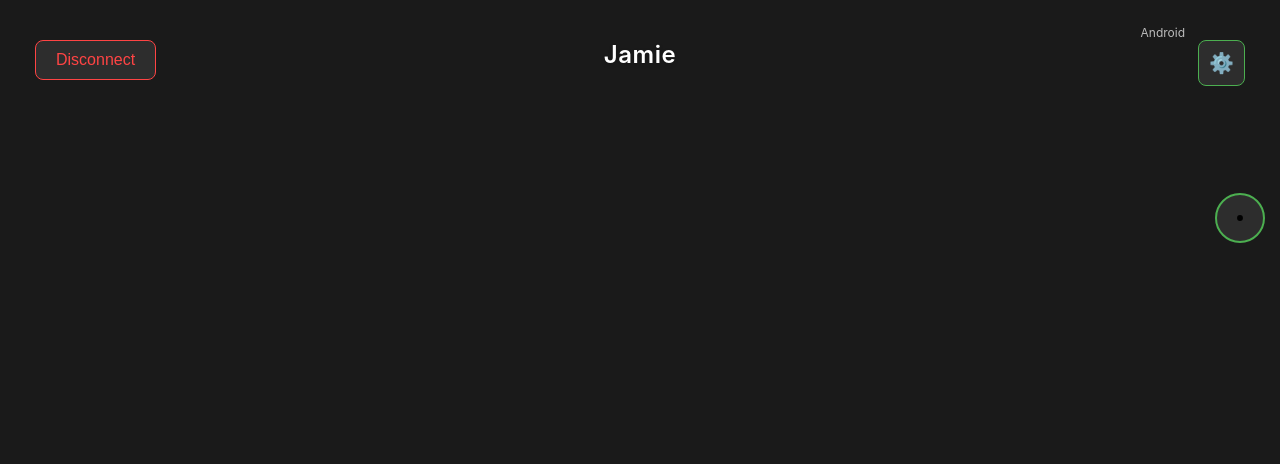
Repository: jayreddin/Jamie-Gemini-Live-App
Page: mobile/android.html
These files come from the project's save history. The page is drawn as it stood at one moment and after the next save; the edit follows.
The browser window is 1280 px wide. The pictures show the whole page.

Above is the page before, as saved 2025-03-29 00:22:06.

### mobile/android.html
<!DOCTYPE html>
<html lang="en">
<head>
    <meta charset="UTF-8">
    <meta name="viewport" content="width=device-width, initial-scale=1.0, maximum-scale=1.0, user-scalable=no">
    <meta name="mobile-web-app-capable" content="yes">
    <meta name="theme-color" content="#1a1a1a">
    <title>Jamie - Android</title>
    <link rel="stylesheet" href="../css/styles.css">
    <link rel="stylesheet" href="css/mobile.css">
</head>
<body class="mobile-container">
    <div class="app-container">
        <h1 class="app-header">Jamie</h1>
        <span class="device-tag">Android</span>
        <button id="disconnectBtn" class="disconnect-btn">Disconnect</button>
        <button id="connectBtn" class="connect-btn" style="display: none;">Connect</button>
        <button id="settingsBtn" class="settings-btn">⚙️</button>

        <div class="mobile-controls" id="controlButtons">
            <button id="cameraBtnControl" class="mobile-control-btn camera-btn touch-feedback" title="Camera">
                <svg viewBox="0 0 24 24">
                    <path d="M12 15.2a3.2 3.2 0 1 0 0-6.4 3.2 3.2 0 0 0 0 6.4z"/>

### css/styles.css
:root {
    --bg-color: #1a1a1a;
    --button-bg: #2d2d2d;
    --button-hover: #3d3d3d;
    --text-color: #ffffff;
    --accent-color: #4CAF50;
    --danger-color: #ff4444;
}

* {
    margin: 0;
    padding: 0;
    box-sizing: border-box;
}

body {
    background-color: var(--bg-color);
    color: var(--text-color);
    font-family: -apple-system, BlinkMacSystemFont, 'Segoe UI', Roboto, Oxygen, Ubuntu, Cantarell, sans-serif;
    min-height: 100vh;
    display: flex;
    flex-direction: column;
}

.app-container {
    position: relative;
    width: 100%;
    height: 100vh;
    display: flex;
    justify-content: center;
    align-items: center;
}

/* App Header */
.app-header {
    position: absolute;
    top: 20px;
    left: 50%;
    transform: translateX(-50%);
    font-size: 1.5em;
    color: var(--text-color);
    font-weight: 600;
    letter-spacing: 0.5px;
    text-shadow: 0 2px 4px rgba(0, 0, 0, 0.2);
    z-index: 2;
}

.disconnect-btn {
    position: absolute;
    top: 20px;
    left: 20px;
    padding: 10px 20px;
    background-color: var(--button-bg);
    color: var(--danger-color);
    border: 1px solid var(--danger-color);
    border-radius: 8px;
    cursor: pointer;
    font-size: 16px;
    transition: all 0.3s ease;
}

.disconnect-btn:hover {
    background-color: var(--danger-color);
    color: var(--text-color);
}

.connect-btn {
    position: absolute;
    top: 20px;
    left: 20px;
    padding: 10px 20px;
    background-color: var(--button-bg);
    color: var(--accent-color);
    border: 1px solid var(--accent-color);
    border-radius: 8px;
    cursor: pointer;
    font-size: 16px;
    transition: all 0.3s ease;
}

.connect-btn:hover {
    background-color: var(--accent-color);
    color: var(--text-color);
}

/* Icon Buttons */
.icon-btn {
    width: 45px;
    height: 45px;
    border-radius: 50%;
    background-color: var(--button-bg);
    border: 2px solid var(--accent-color);
    color: var(--accent-color);
    cursor: pointer;
    display: flex;
    justify-content: center;
    align-items: center;
    transition: all 0.3s ease;
    z-index: 2;
    padding: 10px;
    position: absolute;
    right: 25px;
}

.icon-btn svg {
    width: 24px;
    height: 24px;
    fill: currentColor;
    transition: transform 0.3s ease;
}

.icon-btn:hover {
    background-color: var(--button-hover);
    transform: scale(1.05);
}

.icon-btn:hover svg {
    transform: scale(1.1);
}

.icon-btn.active {
    background-color: var(--accent-color);
    color: var(--text-color);
}

.mic-btn {
    bottom: 22px;
}

.camera-btn {
    bottom: 142px;
}

.screen-btn {
    bottom: 82px;
}

.camera-btn {
    bottom: 142px;
}

.screen-btn {
    bottom: 82px;
}

.camera-btn:hover,
.screen-btn:hover {
    background-color: var(--button-hover);
    transform: scale(1.05);
}

.camera-btn.active,
.screen-btn.active {
    background-color: var(--accent-color);
}

/* Media query for small devices */
@media screen and (max-width: 350px) {
    .mic-btn {
        bottom: 80px;
    }

    .camera-btn {
        bottom: 200px;
    }

    .screen-btn {
        bottom: 140px;
    }
}

.mic-btn:hover {
    background-color: var(--button-hover);
    transform: scale(1.05);
}

.mic-btn.active {
    background-color: var(--accent-color);
}

.mic-icon {
    font-size: 16px;
}

.text-input-container {
    position: absolute;
    bottom: 20px;
    left: 20px;
    right: 100px; /* Leave space for mic button */
    display: flex;
    gap: 10px;
    z-index: 2;
}

.text-input {
    flex: 1;
    padding: 12px;
    border-radius: 8px;
    border: 1px solid var(--accent-color);
    background-color: var(--button-bg);
    color: var(--text-color);
    font-size: 16px;
    outline: none;
}

.text-input:focus {
    border-color: var(--accent-color);
    box-shadow: 0 0 0 2px rgba(76, 175, 80, 0.2);
}

.send-btn {
    width: 40px;
    height: 40px;
    border-radius: 8px;
    background-color: var(--button-bg);
    border: 1px solid var(--accent-color);
    color: var(--accent-color);
    cursor: pointer;
    display: flex;
    justify-content: center;
    align-items: center;
    transition: all 0.3s ease;
}

.send-btn:hover {
    background-color: var(--accent-color);
    color: var(--text-color);
}

.visualizer {
    position: absolute;
    bottom: 0;
    left: 0;
    width: 100%;
    height: 200px;
    z-index: 1;
}

.camera-preview,
.screen-preview {
    position: relative;
    width: 100%;
    max-width: 300px;
    margin: 10px auto;
    background-color: var(--button-bg);
    border: 1px solid var(--accent-color);
    border-radius: 8px;
    overflow: hidden;
    z-index: 2;
    display: none; /* Hidden by default */
    box-shadow: 0 2px 4px rgba(0, 0, 0, 0.2);
}

.camera-preview {
    aspect-ratio: 4/3;
}

.screen-preview {
    aspect-ratio: 16/9;
}

.camera-preview video,
.screen-preview video {
    width: 100%;
    height: 100%;
    border-radius: 8px;
}

.camera-preview video {
    object-fit: cover;
}

.screen-preview video {
    object-fit: contain;
}

/* Preview when in chat message */
.chat-message .camera-preview,
.chat-message .screen-preview {
    width: 100%;
    margin: 5px 0;
    max-width: none;
}

/* Preview when floating */
.app-container > .camera-preview,
.app-container > .screen-preview {
    position: absolute;
    bottom: 100px;
    left: 20px;
    width: 240px;
}

.app-container > .screen-preview {
    bottom: 300px;
}

/* Media query for devices with width less than 340px */
@media (max-width: 340px) {
    .camera-preview {
        width: 180px;
        right: 25px;
    }
    .screen-preview {
        width: 180px;
        height: 101px; /* Maintain 16:9 aspect ratio */
    }
}

.camera-switch-btn {
    position: absolute;
    top: 10px;
    right: 10px;
    background: rgba(0, 0, 0, 0.5);
    border: none;
    border-radius: 50%;
    width: 40px;
    height: 40px;
    cursor: pointer;
    display: flex;
    align-items: center;
    justify-content: center;
    color: white;
    font-size: 20px;
    z-index: 1000;
    transition: background-color 0.2s;
}

.camera-switch-btn:hover {
    background: rgba(0, 0, 0, 0.7);
}

/* Hide on desktop */
@media (hover: hover) and (pointer: fine) {
    .camera-switch-btn {
        display: none;
    }
}

.settings-btn {
    position: absolute;
    top: 20px;
    right: 20px;
    padding: 10px;
    background-color: var(--button-bg);
    color: var(--text-color);
    border: 1px solid var(--accent-color);
    border-radius: 8px;
    cursor: pointer;
    font-size: 20px;
    transition: all 0.3s ease;
    z-index: 1000;
}

.settings-btn:hover {
    background-color: var(--button-hover);
}

.settings-dialog {
    display: none;
    position: fixed;
    top: 50%;
    left: 50%;
    transform: translate(-50%, -50%);
    background-color: var(--bg-color);
    border: 1px solid var(--accent-color);
    border-radius: 12px;
    padding: 20px;
    width: 90%;
    max-width: 500px;
    max-height: 80vh;
    overflow-y: auto;
    z-index: 1001;
}

.settings-dialog.active {
    display: block;
}

.settings-overlay {
    display: none;
    position: fixed;
    top: 0;
    left: 0;
    right: 0;
    bottom: 0;
    background-color: rgba(0, 0, 0, 0.5);
    z-index: 1000;
}

.settings-overlay.active {
    display: block;
}

.settings-group {
    margin-bottom: 20px;
}

.settings-group label {
    display: block;
    margin-bottom: 8px;
    color: var(--text-color);
}

.settings-group select,
.settings-group input {
    width: 100%;
    padding: 8px;
    background-color: var(--button-bg);
    border: 1px solid var(--accent-color);
    border-radius: 4px;
    color: var(--text-color);
}

.voice-settings {
    transition: opacity 0.3s ease;
}

.voice-settings[style*="display: none"] {
    opacity: 0;
}

/* Mobile Optimizations */
@media screen and (max-width: 768px) {
    .chat-history {
        top: 80px;
    }

    .camera-preview {
        position: static;
        width: calc(100% - 40px);
        max-width: 300px;
        margin: 10px auto;
        height: auto;
        aspect-ratio: 4/3;
    }

    .camera-preview video {
        width: 100%;
        height: 100%;
        object-fit: cover;
    }
}

.collapsible {
    background-color: var(--button-bg);
    padding: 10px;
    border-radius: 4px;
    margin-bottom: 10px;
    cursor: pointer;
}

.collapsible-content {
    display: none;
    padding: 10px;
}

.collapsible-content.active {
    display: block;
}

.settings-save-btn {
    width: 100%;
    padding: 12px;
    background-color: var(--accent-color);
    color: var(--text-color);
    border: none;
    border-radius: 8px;
    cursor: pointer;
    font-size: 16px;
    margin-top: 20px;
}

.settings-save-btn:hover {
    opacity: 0.9;
}

.chat-history {
    position: absolute;
    top: 60px;
    left: 20px;
    right: 20px;
    bottom: 120px;
    background: rgba(0, 0, 0, 0.7);
    border-radius: 10px;
    padding: 15px;
    overflow-y: auto;
    display: flex;
    flex-direction: column;
    gap: 10px;
    z-index: 1;
    -webkit-overflow-scrolling: touch; /* Smooth scrolling on iOS */
}

/* Enhanced Mobile Responsiveness */
@media screen and (max-width: 768px) {
    .app-header {
        font-size: 1.2em;
        top: 15px;
    }

    .chat-history {
        top: 70px;
        bottom: 180px; /* Make room for controls */
        padding: 10px;
        margin-bottom: 10px;
    }

    .text-input-container {
        left: 15px;
        right: 70px;
        bottom: 20px;
        height: 45px;
    }

    .text-input {
        height: 100%;
        font-size: 16px; /* Prevent zoom on iOS */
        padding: 10px 15px;
    }

    .chat-message {
        max-width: 85%;
        padding: 12px 15px;
    }

    /* Control buttons positioning */
    .control-buttons {
        position: fixed;
        bottom: 80px;
        right: 15px;
        display: flex;
        flex-direction: column;
        gap: 12px;
        z-index: 100;
    }

    .mic-btn, .camera-btn, .screen-btn {
        position: static; /* Remove absolute positioning */
        width: 50px;
        height: 50px;
        margin: 0;
        padding: 12px;
    }

    .mic-btn svg, .camera-btn svg, .screen-btn svg {
        width: 24px;
        height: 24px;
    }

    /* Header controls */
    .settings-btn {
        padding: 8px 12px;
        top: 10px;
        right: 15px;
        z-index: 101;
    }

    .disconnect-btn, .connect-btn {
        padding: 8px 15px;
        top: 10px;
        left: 15px;
        font-size: 14px;
        z-index: 101;
    }

    /* Preview containers */
    .camera-preview, .screen-preview {
        position: static;
        width: calc(100% - 30px);
        max-width: 300px;
        margin: 10px auto;
        border-radius: 12px;
    }

    /* Ensure buttons are clickable */
    .icon-btn {
        touch-action: manipulation;
        -webkit-tap-highlight-color: transparent;
    }

    /* Improve touch targets */
    .icon-btn:before {
        content: '';
        position: absolute;
        top: -10px;
        right: -10px;
        bottom: -10px;
        left: -10px;
    }
}

/* Small screen adjustments */
@media screen and (max-width: 350px) {
    .chat-history {
        bottom: 160px;
        padding: 8px;
    }

    .chat-message {
        max-width: 95%;
        font-size: 14px;
        padding: 10px 12px;
    }

    .text-input-container {
        right: 60px;
        bottom: 15px;
        height: 40px;
    }

    .send-btn {
        width: 35px;
        height: 35px;
    }

    .control-buttons {
        bottom: 70px;
        right: 10px;
        gap: 8px;
    }

    .mic-btn, .camera-btn, .screen-btn {
        width: 45px;
        height: 45px;
        padding: 10px;
    }

    .mic-btn svg, .camera-btn svg, .screen-btn svg {
        width: 20px;
        height: 20px;
    }

    .camera-preview, .screen-preview {
        width: calc(100% - 20px);
        margin: 8px auto;
    }

    /* Adjust header elements */
    .settings-btn, .disconnect-btn, .connect-btn {
        padding: 6px 12px;
        font-size: 13px;
    }

    /* Improve touch targets */
    .icon-btn:before {
        top: -8px;
        right: -8px;
        bottom: -8px;
        left: -8px;
    }
}

/* Ensure proper scroll behavior on iOS */
@supports (-webkit-touch-callout: none) {
    .chat-history {
        padding-bottom: 30px; /* Extra padding for iOS bounce scroll */
    }
}

.chat-message {
    padding: 10px 15px;
    border-radius: 15px;
    max-width: 85%;
    word-wrap: break-word;
    line-height: 1.4;
    display: flex;
    flex-direction: column;
    gap: 10px;
}

.user-message {
    background: #2c5282;
    color: white;
    align-self: flex-end;
    margin-left: 15%;
}

.model-message {
    background: #2d3748;
    color: white;
    align-self: flex-start;
    margin-right: 15%;
}

.chat-message .camera-preview {
    position: relative;
    width: 100%;
    max-width: none;
    margin: 5px 0;
    height: auto;
    aspect-ratio: 4/3;
    display: block;
    left: auto;
    bottom: auto;
}

.chat-message .camera-preview video {
    border-radius: 8px;
    width: 100%;
    height: 100%;
    object-fit: cover;
}

.model-message.streaming::after {
    content: '▋';
    display: inline-block;
    animation: blink 1s step-end infinite;
    margin-left: 2px;
}

@keyframes blink {
    0%, 100% { opacity: 1; }
    50% { opacity: 0; }
}

/* Mobile Screen Sharing Styles */
.ios-share-btn {
    width: 100%;
    height: 100%;
    display: flex;
    align-items: center;
    justify-content: center;
    background-color: var(--button-bg);
    color: var(--accent-color);
    border: none;
    font-size: 16px;
    cursor: pointer;
    transition: background-color 0.3s ease;
    padding: 15px;
}

.ios-share-btn:hover {
    background-color: var(--button-hover);
}

.screenshot-message,
.screenshot-instructions {
    width: 100%;
    height: 100%;
    display: flex;
    flex-direction: column;
    align-items: center;
    justify-content: center;
    padding: 15px;
    text-align: center;
    color: var(--text-color);
    font-size: 14px;
    line-height: 1.4;
}

.screenshot-instructions ol {
    text-align: left;
    margin: 10px 0 0 0;
    padding-left: 20px;
}

.screenshot-instructions li {
    margin: 5px 0;
}

/* Mobile optimizations for screen sharing */
@media screen and (max-width: 768px) {
    .screen-preview {
        position: static;
        width: calc(100% - 40px);
        max-width: 300px;
        margin: 10px auto;
        height: auto;
        aspect-ratio: 16/9;
    }

    .ios-share-btn {
        padding: 20px;
        font-size: 18px;
    }

    .screenshot-message,
    .screenshot-instructions {
        font-size: 16px;
        padding: 20px;
    }

    .screenshot-instructions ol {
        font-size: 15px;
    }
}

### mobile/css/mobile.css
:root {
    --safe-area-inset-top: env(safe-area-inset-top);
    --safe-area-inset-bottom: env(safe-area-inset-bottom);
    --safe-area-inset-left: env(safe-area-inset-left);
    --safe-area-inset-right: env(safe-area-inset-right);
}

/* Base Mobile Styles */
.mobile-container {
    padding: calc(20px + var(--safe-area-inset-top)) calc(15px + var(--safe-area-inset-right))
             calc(20px + var(--safe-area-inset-bottom)) calc(15px + var(--safe-area-inset-left));
    height: 100vh;
    height: -webkit-fill-available;
    overflow: hidden;
    position: fixed;
    width: 100%;
    top: 0;
    left: 0;
}

/* Device Tag Styles */
.device-tag {
    position: absolute;
    top: calc(5px + var(--safe-area-inset-top));
    right: calc(80px + var(--safe-area-inset-right));
    font-size: 12px;
    color: var(--text-color);
    opacity: 0.7;
    z-index: 1000;
}

/* Mobile-optimized Camera Preview */
.mobile-camera-preview {
    position: absolute;
    width: 100%;
    height: auto;
    aspect-ratio: 16/9;
    background: var(--button-bg);
    border-radius: 12px;
    overflow: hidden;
    z-index: 2;
}

.mobile-camera-preview video {
    width: 100%;
    height: 100%;
    object-fit: cover;
}

/* Mobile-optimized Screen Preview */
.mobile-screen-preview {
    position: absolute;
    width: 100%;
    height: auto;
    aspect-ratio: 16/9;
    background: var(--button-bg);
    border-radius: 12px;
    overflow: hidden;
    z-index: 2;
}

/* Chat Interface */
.mobile-chat-container {
    position: absolute;
    top: calc(60px + var(--safe-area-inset-top));
    left: 15px;
    right: 15px;
    bottom: calc(70px + var(--safe-area-inset-bottom));
    display: flex;
    flex-direction: column;
}

.mobile-chat-history {
    flex: 1;
    overflow-y: auto;
    -webkit-overflow-scrolling: touch;
    padding: 10px;
    background: rgba(0, 0, 0, 0.7);
    border-radius: 12px;
    margin-bottom: 10px;
}

.mobile-input-container {
    position: fixed;
    bottom: calc(10px + var(--safe-area-inset-bottom));
    left: 15px;
    right: 15px;
    display: flex;
    gap: 8px;
    z-index: 1000;
    background: var(--bg-color);
    padding: 10px;
    border-radius: 12px;
}

.mobile-text-input {
    flex: 1;
    padding: 12px;
    border-radius: 8px;
    border: 1px solid var(--accent-color);
    background: var(--button-bg);
    color: var(--text-color);
    font-size: 16px;
}

/* Mobile Control Buttons */
.mobile-controls {
    position: fixed;
    bottom: calc(80px + var(--safe-area-inset-bottom));
    right: 15px;
    display: flex;
    flex-direction: column;
    gap: 12px;
    z-index: 1000;
}

.mobile-control-btn {
    width: 50px;
    height: 50px;
    border-radius: 25px;
    background: var(--button-bg);
    border: 2px solid var(--accent-color);
    color: var(--accent-color);
    display: flex;
    align-items: center;
    justify-content: center;
    padding: 12px;
    touch-action: manipulation;
}

.mobile-control-btn.active {
    background: var(--accent-color);
    color: var(--text-color);
}

/* Settings Dialog Mobile Optimization */
.mobile-settings-dialog {
    position: fixed;
    top: var(--safe-area-inset-top);
    left: 0;
    right: 0;
    bottom: 0;
    background: var(--bg-color);
    z-index: 2000;
    padding: 20px;
    overflow-y: auto;
    -webkit-overflow-scrolling: touch;
}

.mobile-settings-header {
    position: sticky;
    top: 0;
    background: var(--bg-color);
    padding: 10px 0;
    border-bottom: 1px solid var(--accent-color);
    margin-bottom: 20px;
    z-index: 1;
}

/* Touch Feedback */
.touch-feedback {
    position: relative;
    overflow: hidden;
}

.touch-feedback::after {
    content: '';
    position: absolute;
    top: 50%;
    left: 50%;
    width: 100%;
    height: 100%;
    background: rgba(255, 255, 255, 0.1);
    border-radius: 50%;
    transform: translate(-50%, -50%) scale(0);
    opacity: 0;
    pointer-events: none;
    transition: transform 0.3s, opacity 0.3s;
}

.touch-feedback:active::after {
    transform: translate(-50%, -50%) scale(1.5);
    opacity: 1;
}

/* Orientation Change Handling */
@media screen and (orientation: landscape) {
    .mobile-camera-preview,
    .mobile-screen-preview {
        width: 40%;
        right: 15px;
    }

    .mobile-chat-container {
        width: 55%;
    }

    .mobile-controls {
        bottom: 50%;
        transform: translateY(50%);
    }
}

/* Notched Device Support */
@supports (padding: max(0px)) {
    .mobile-container {
        padding-left: max(15px, env(safe-area-inset-left));
        padding-right: max(15px, env(safe-area-inset-right));
        padding-top: max(20px, env(safe-area-inset-top));
        padding-bottom: max(20px, env(safe-area-inset-bottom));
    }
}

After the next save:
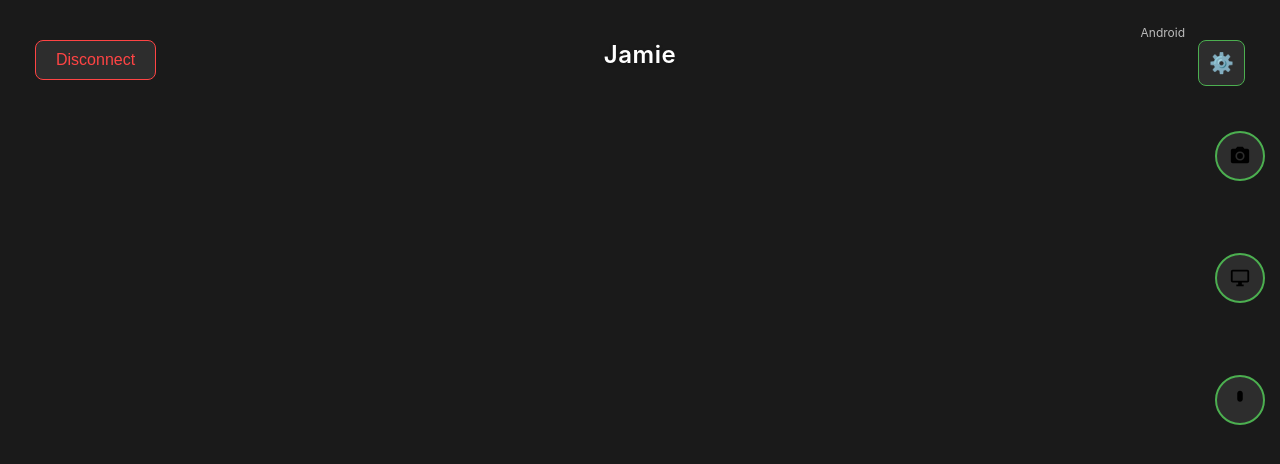
Saved 5 s later.
--- a/mobile/android.html
+++ b/mobile/android.html
@@ -21,3 +21,14 @@
             <button id="cameraBtnControl" class="mobile-control-btn camera-btn touch-feedback" title="Camera">
                 <svg viewBox="0 0 24 24">
                     <path d="M12 15.2a3.2 3.2 0 1 0 0-6.4 3.2 3.2 0 0 0 0 6.4z"/>
+                    <path d="M20 4h-3.17L15 2H9L7.17 4H4a2 2 0 0 0-2 2v12a2 2 0 0 0 2 2h16a2 2 0 0 0 2-2V6a2 2 0 0 0-2-2zm-8 13a5 5 0 1 1 0-10 5 5 0 0 1 0 10z"/>
+                </svg>
+            </button>
+            <button id="screenBtnControl" class="mobile-control-btn screen-btn touch-feedback" title="Share Screen">
+                <svg viewBox="0 0 24 24">
+                    <path d="M20 3H4a2 2 0 0 0-2 2v10a2 2 0 0 0 2 2h6v2H8v2h8v-2h-2v-2h6a2 2 0 0 0 2-2V5a2 2 0 0 0-2-2zm0 12H4V5h16v10z"/>
+                </svg>
+            </button>
+            <button id="micBtnControl" class="mobile-control-btn mic-btn touch-feedback" title="Microphone">
+                <svg viewBox="0 0 24 24">
+                    <path d="M12 14c1.66 0 3-1.34 3-3V5c0-1.66-1.34-3-3-3S9 3.34 9 5v6c0 1.66 1.34 3 3 3z"/>
